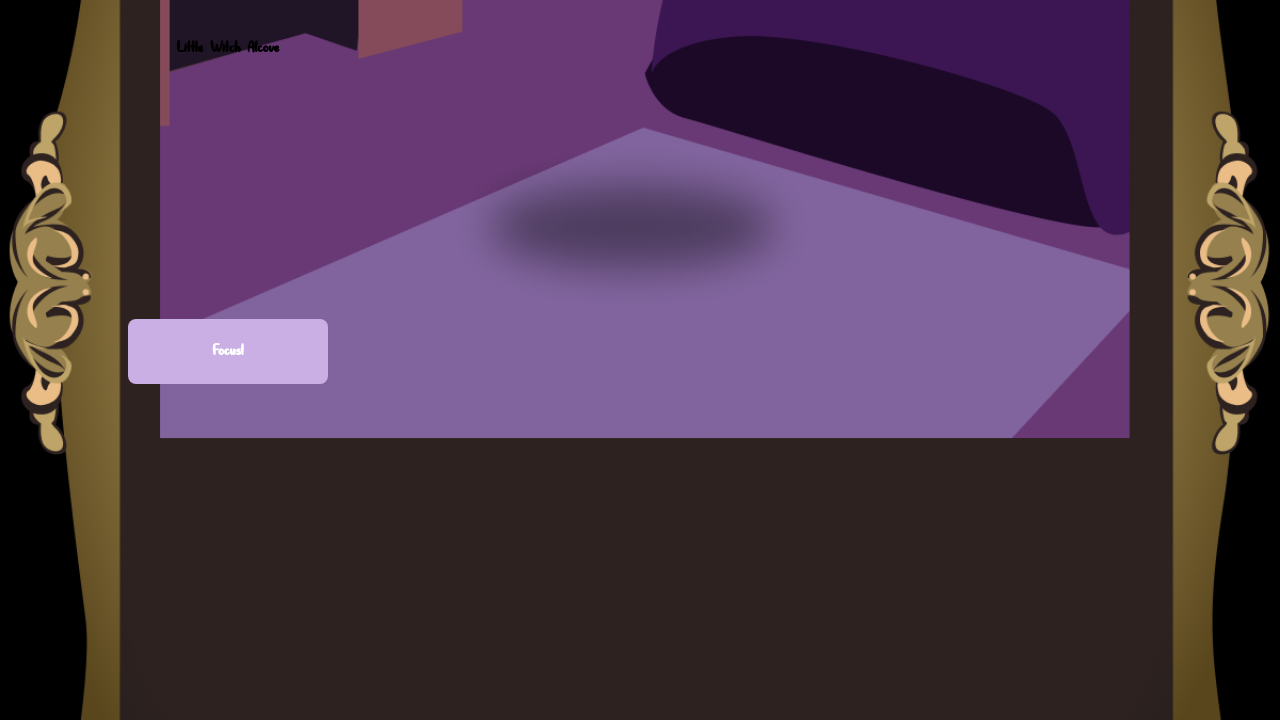
Repository: zhangolivia7/Little-Witch-Alcove
Page: popup.html
An editor plug-in stored every save of this project. The page is shown before and after the next save, followed by the edit.
The browser window is 1280 px wide. The pictures show the whole page.

Above is the page before, as saved 2025-11-15 16:05:09.

### popup.html
<!DOCTYPE html>
<html>
  <head>
    <title>Little Witch Alcove</title>
    <link rel="stylesheet" href="popup.css">
  </head>
  <body>
    <h1>Little Witch Alcove</h1>
    <button id="focus-btn"><h1>Focus!</h1></button>

    <script src="popup.js"></script>
  </body>
</html>

### popup.css
@font-face {
    font-family: 'QuiteMagical';
    src: url('Assets/Font/QuiteMagicalRegular.ttf');
}

body {
    width: 400px;
    height: 500px;
    background-image: url('Assets/No UI.png');
    background-repeat: no-repeat;
    background-position: center center;
    background-size: cover;
    background-color: black;
    padding: 20px;
    font-family: 'QuiteMagical';
  }

  h1 {
    font-family: 'QuiteMagical';
    font-size: 18px;
    text-align: center;
  }

  #focus-btn {
    width: 50%;
    margin-left: 25%;
    margin-top: 250px;
    padding: 12px;
    border-radius: 8px;
    background: #CAAFE5;
    color: white;
    font-weight: bold;
    border: none;
    cursor: pointer;
  }

### popup.js
document.getElementById("focus-btn").addEventListener("click", () => {
    alert("Hex of Concentration activated! 🔮");
  });

After the next save:
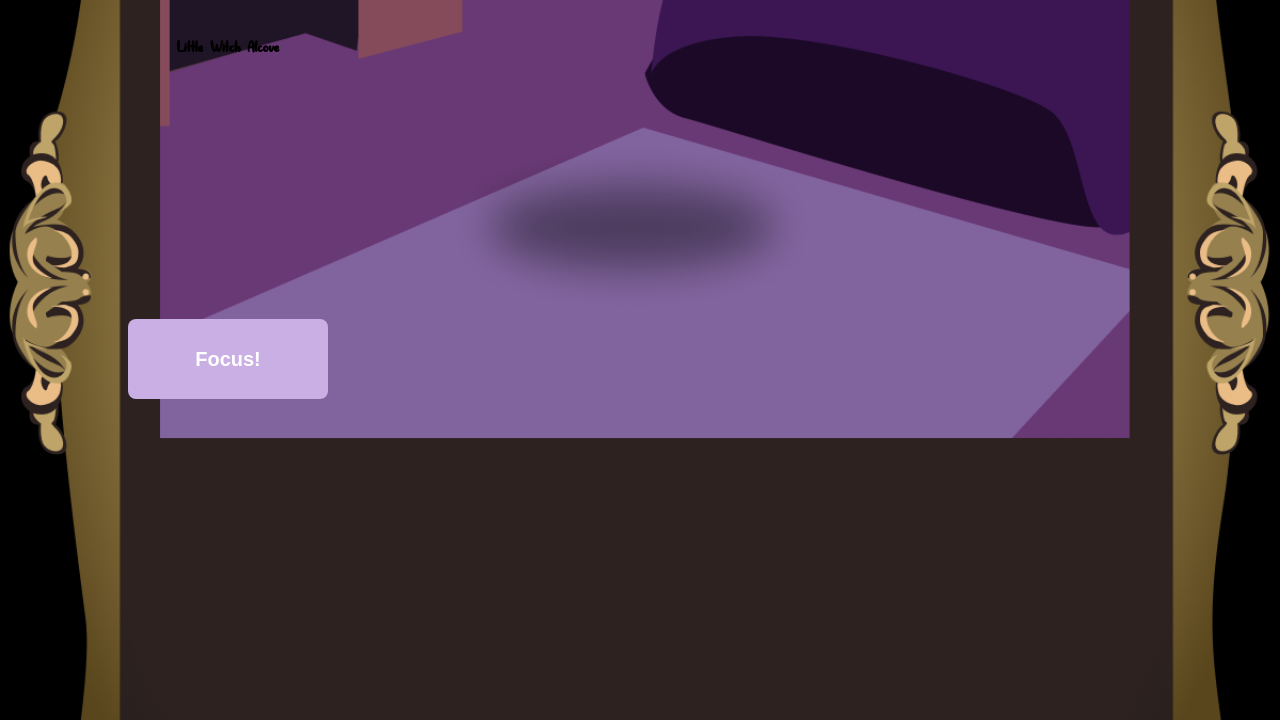
Saved 18 s later.
--- a/popup.html
+++ b/popup.html
@@ -6,7 +6,7 @@
   </head>
   <body>
     <h1>Little Witch Alcove</h1>
-    <button id="focus-btn"><h1>Focus!</h1></button>
+    <button id="focus-btn"><h2>Focus!</h2></button>
 
     <script src="popup.js"></script>
   </body>
